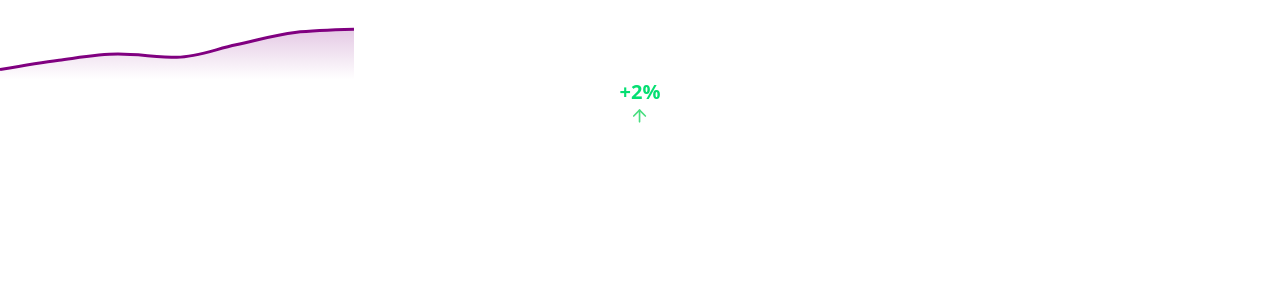
Repository: SharonSebastian32/reacharts
Page: /
An editor plug-in stored every save of this project. The page is shown before and after a run of saves, followed by the edit.
The browser window is 1280 px wide. The pictures show the whole page.
The project was rebuilt for these pictures with package versions that can differ from the ones it lists, and the page was loaded fresh each time. Also part of the build but not shown: vite.config.js.

Above is the page before, as saved 2025-03-20 22:50:55.

### src/App.jsx
import GrowthGraph from "./Components/CurveGraph";
function App() {
  return (
    <>
      <GrowthGraph />
    </>
  );
}

export default App;

### src/Components/CurveGraph.jsx
import React from 'react';
import { LineChart, Line, XAxis, YAxis, CartesianGrid, ResponsiveContainer, Area, AreaChart } from 'recharts';

const GrowthGraph = () => {
  // Sample data to create the desired curve
  const data = [
    { name: 'Jan', value: 20 },
    { name: 'Feb', value: 35 },
    { name: 'Mar', value: 45 },
    { name: 'Apr', value: 40 },
    { name: 'May', value: 60 },
    { name: 'Jun', value: 80 },
    { name: 'Jul', value: 85 },
  ];

  return (
    <div className="w-full h-64 bg-white relative">
      <ResponsiveContainer width="30%" height="40%">
        <AreaChart
          data={data}
          margin={{ top: 20, right: 30, left: 0, bottom: 20 }}
        >
          <defs>
            <linearGradient id="colorGradient" x1="0" y1="0" x2="0" y2="1">
              <stop offset="5%" stopColor="purple" stopOpacity={0.2} />
              <stop offset="95%" stopColor="purple" stopOpacity={0} />
            </linearGradient>
          </defs>
          <CartesianGrid vertical={false} horizontal={false} />
          <XAxis dataKey="name" hide={true} />
          <YAxis hide={true} />
          <Area
            type="monotone"
            dataKey="value"
            stroke="purple"
            strokeWidth={3}
            fillOpacity={1}
            fill="url(#colorGradient)"
            dot={false}
            activeDot={false}
            isAnimationActive={true}
            animationDuration={1500}
          />
        </AreaChart>
      </ResponsiveContainer>

      {/* Growth indicator */}
      <div className="absolute text-green-400 font-bold text-xl" style={{ left: '50%', top: '40%', transform: 'translate(-50%, -50%)' }}>
        +2%
        <div className="flex justify-center">
          <svg width="20" height="20" viewBox="0 0 24 24" fill="none" xmlns="http://www.w3.org/2000/svg">
            <path d="M12 19L12 5" stroke="#4ade80" strokeWidth="2" strokeLinecap="round" strokeLinejoin="round"/>
            <path d="M5 12L12 5L19 12" stroke="#4ade80" strokeWidth="2" strokeLinecap="round" strokeLinejoin="round"/>
          </svg>
        </div>
      </div>
    </div>
  );
};

export default GrowthGraph;

Loaded but not shown: index.html (common file); src/main.jsx (common file); src/index.css (common file)

After the next 2 saves:
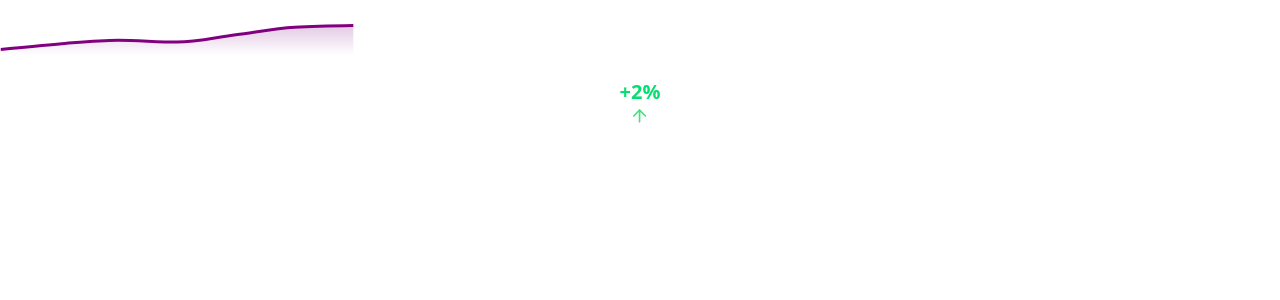
The 2 saves are shown as one change because they came seconds apart.
The last was saved 7 s later.
--- a/src/Components/CurveGraph.jsx
+++ b/src/Components/CurveGraph.jsx
@@ -15,7 +15,7 @@ const GrowthGraph = () => {
 
   return (
     <div className="w-full h-64 bg-white relative">
-      <ResponsiveContainer width="30%" height="40%">
+      <ResponsiveContainer width="30%" height="30%">
         <AreaChart
           data={data}
           margin={{ top: 20, right: 30, left: 0, bottom: 20 }}
